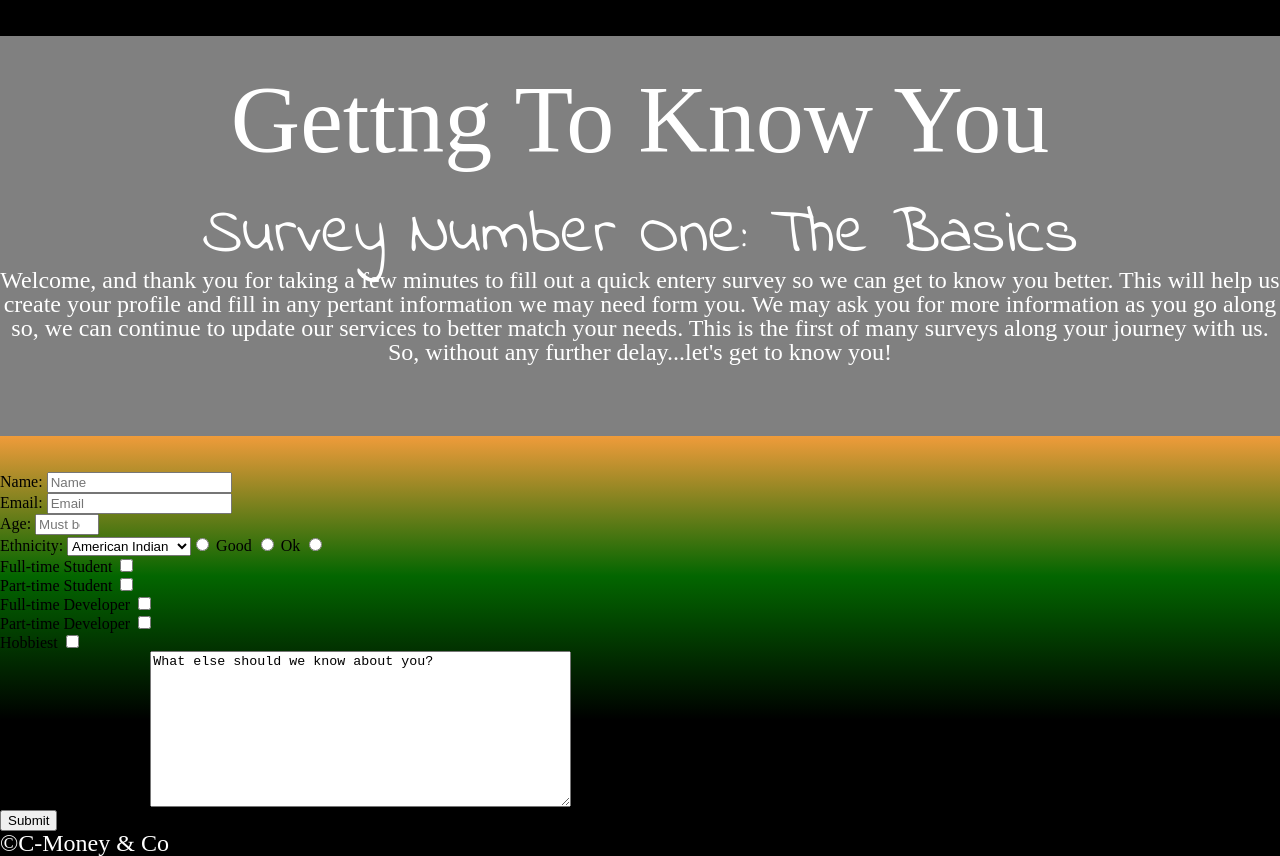
Repository: ctcoleman/surveyForm
Page: index.html
An editor plug-in stored every save of this project. The page is shown before and after a run of saves, followed by the edit.
The browser window is 1280 px wide. The pictures show the whole page.
Some web fonts or font styles are not loaded; a fallback is used.

Above is the page before, as saved 2020-06-29 11:04:39.

### index.html
<!DOCTYPE html>
<html lang="en">

<!-- Head -->

<head>
  <meta name="description" content="Survey Form Example Project">
  <meta name="author" content="Christopher Coleman">
  <meta name="title" content="Survey Form Project">
  <meta name="keywords" content="Survey, Forms, HTML, CSS, Example, Project" <meta name="viewport"
    content="width=device-width, initial-scale=1.0">
  <meta charset="UTF-8">
  <link rel="stylesheet" type="text/css" href="/assets/stylesheets/index.css">
  <link
    href="https://fonts.googleapis.com/css2?family=Holtwood+One+SC&family=Indie+Flower&family=Shadows+Into+Light&display=swap"
    rel="stylesheet">
  <title>.:Getting to know you:.</title>
</head>

<!-- Body -->

<body>


  <!-- Main Content-->
  <main id="main">

    <!-- Header -->
    <header id="titleHeading" class="heading">
      <h1 id="title">Gettng To Know You</h1>
      <h2 id="surveyNumber">Survey Number One: The Basics</h2>
      <section class="descriptionSection">
        <p id="description">Welcome, and thank you for taking a few minutes to fill out a quick entery survey so we can
          get to know you better. This will help us create your profile and fill in any pertant information we may need
          form you. We may ask you for more information as you go along so, we can continue to update our services to
          better match your needs. This is the first of many surveys along your journey with us. So, without any further
          delay...let's get to know you!</p>
      </section>
    </header>

    <!-- Survey Form -->
    <form id="survey-form" class="formWrapper" action="#" method="post">
      <!-- Name -->
      <div class="formEntery nameEntery">
        <label id="name-label" for="name">Name:</label>
        <input type="text" id="name" name="user_name" placeholder="Name" required>
      </div>
      <!-- E-Mail -->
      <div class="formEntery emailEntery">
        <label id="email-label" for="email">Email:</label>
        <input type="email" id="email" name="user_email" placeholder="Email" required>
      </div>
      <!-- Number -->
      <div class="formEntery numberEntery">
        <label id="number-label" for="number">Age:</label>
        <input type="number" id="number" placeholder="Must be older than 18" min="18" max="150">
      </div>
      <!-- Dropdown -->
      <div id="dropDownEntery" class="formEntery">
        <label for="dropdown-label">Ethnicity:</label>
        <select type="dropdown" id="dropdown" placeholder="Select from the following" required>
          <option value="americanIndian">American Indian</option>
          <option value="asian">Asian</option>
          <option value="africanAmerican">African American</option>
          <option value="hispanic">Hispanic</option>
          <option value="pacificIslander">Pacific Islander</option>
          <option value="white">White</option>
      </div>
      <!-- Radio Buttons -->
      <div id="radioButtons" class="formEntery radioButtons">

        <label for="radioGreat">Great</label>
        <input class="radio" type="radio" id="radioGreat" name="radio" value="Great">

        <label for="radioGood">Good</label>
        <input class="radio" type="radio" id="radioGood" name="radio" value="Good">

        <label for="radioOk">Ok</label>
        <input class="radio" type="radio" id="radioOk" name="radio" value="Ok">

      </div>

      <div id="checkboxInputs" class="formEntery checkbox">
        <div id="fullTimeStudentCheck">
          <label for="fullTimeStudent">Full-time Student</label>
          <input type="checkbox" id="fullTimeStudent" name="Full-time Student" value="Full-time Student">
        </div>
        <div id="partTimeStudentCheck">
          <label for="partTimeStudent">Part-time Student</label>
          <input type="checkbox" id="partTimeStudent" name="Part-time Student" value="Part-time Student">
        </div>
        <div id="fullTimeDeveloperCheck">
          <label for="fullTimeDev">Full-time Developer</label>
          <input type="checkbox" id="fullTimeDev" name="Full-time Developer" value="Full-time Developer">
        </div>
        <div id="partTimeDeveloperCheck">
          <label for="partTimeDev">Part-time Developer</label>
          <input type="checkbox" id="partTimeDev" name="Part-time Developer" value="Part-time Developer">
        </div>
        <div id="hobbiestCheckbox">
          <label for="hobbiest">Hobbiest</label>
          <input type="checkbox" id="hobbiest" name="Hobbiest" value="hobbiest">
        </div>
      </div>
      <div id="textarea">
        <label for="additionalComments">Additional Comments:</label>
        <textarea id="additionalComments" name="additionalComments" rows="10"
          cols="50">What else should we know about you? </textarea>
      </div>

      <button type="submit" id="submit" form="survey-form" value="Submit">Submit</button>
    </form>


    <!-- Footer -->
    <footer>
      <p>&copy;C-Money & Co</p>
    </footer>
  </main>

  <script src='https://cdn.freecodecamp.org/testable-projects-fcc/v1/bundle.js'></script>
</body>

</html>

### assets/stylesheets/index.css

/*
=== CSS Reset ===
  http://meyerweb.com/eric/tools/css/reset/ ]
  v2.0 | 20110126
  License: none (public domain)
*/

html, body, div, span, applet, object, iframe,
h1, h2, h3, h4, h5, h6, p, blockquote, pre,
a, abbr, acronym, address, big, cite, code,
del, dfn, em, img, ins, kbd, q, s, samp,
small, strike, strong, sub, sup, tt, var,
b, u, i, center,
dl, dt, dd, ol, ul, li,
fieldset, form, label, legend,
table, caption, tbody, tfoot, thead, tr, th, td,
article, aside, canvas, details, embed,
figure, figcaption, footer, header, hgroup,
menu, nav, output, ruby, section, summary,
time, mark, audio, video {
	margin: 0;
	padding: 0;
	border: 0;
	font-size: 62.5%;
	font: inherit;
  vertical-align: baseline;
  box-sizing: border-box;
}
/* HTML5 display-role reset for older browsers */
article, aside, details, figcaption, figure,
footer, header, hgroup, menu, nav, section {
	display: block;
}
body {
	line-height: 1;
}
ol, ul {
	list-style: none;
}
a {
  text-decoration: none;
}
blockquote, q {
	quotes: none;
}
blockquote:before, blockquote:after,
q:before, q:after {
	content: '';
	content: none;
}
table {
	border-collapse: collapse;
	border-spacing: 0;
}
/*
=== Fonts Used ===
font-family: 'Holtwood One SC', serif;
font-family: 'Indie Flower', cursive;
font-family: 'Shadows Into Light', cursive;
/*

=== Basic Styling ===
*/
html {
  background-image: linear-gradient( #000000 20%, #a03e3e 40%, #f69d3c 60%, #036600 80%, #000000 100%);
  height: 100%;
 }

h1 {
  color: white;
  font-family: 'Holtwood One SC', serif;
  font-size: 6rem;
}

h2 {
  color: white;
  font-family: 'Indie Flower', cursive;
  font-size: 4rem;
}

p {
  color: white;
  font-size: 1.5rem;
}

/*
=== Header Styleing ===
*/

header {
  background: grey;
  padding: 5vh 0;
  margin: 5vh 0vw;
  text-align: center;
}
#title {
  margin-bottom: 5vh;
}
#description {
  margin-bottom: 5vh;
}
/*
=== Basic Form Styling ===
*/

/*
=== Name Styling ===
*/

/*
=== Email Styling ===
*/

/*
=== Age Styling ===
*/

/*
=== Radio Button Styling ===
*/

/*
=== Checkbox Styling ===
*/

/*
=== Textarea Styling ===
*/

/*
=== Submit Button Styling ===
*/

After the next 2 saves:
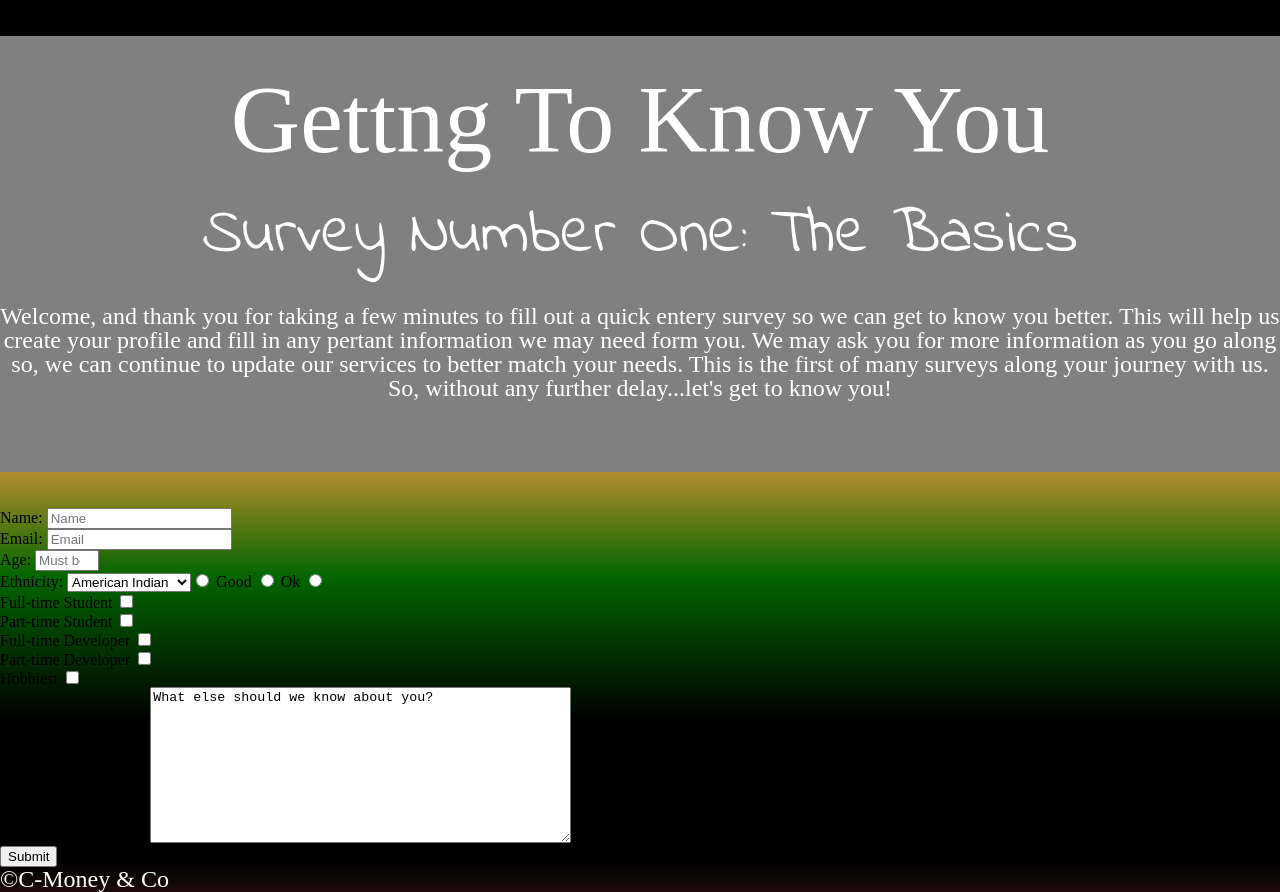
The 2 saves are shown as one change because they came seconds apart.
The last was saved 7 s later.
--- a/assets/stylesheets/index.css
+++ b/assets/stylesheets/index.css
@@ -98,7 +98,7 @@ header {
   margin-bottom: 5vh;
 }
 #description {
-  margin-bottom: 5vh;
+  margin: 5vh 0;
 }
 /*
 === Basic Form Styling ===
